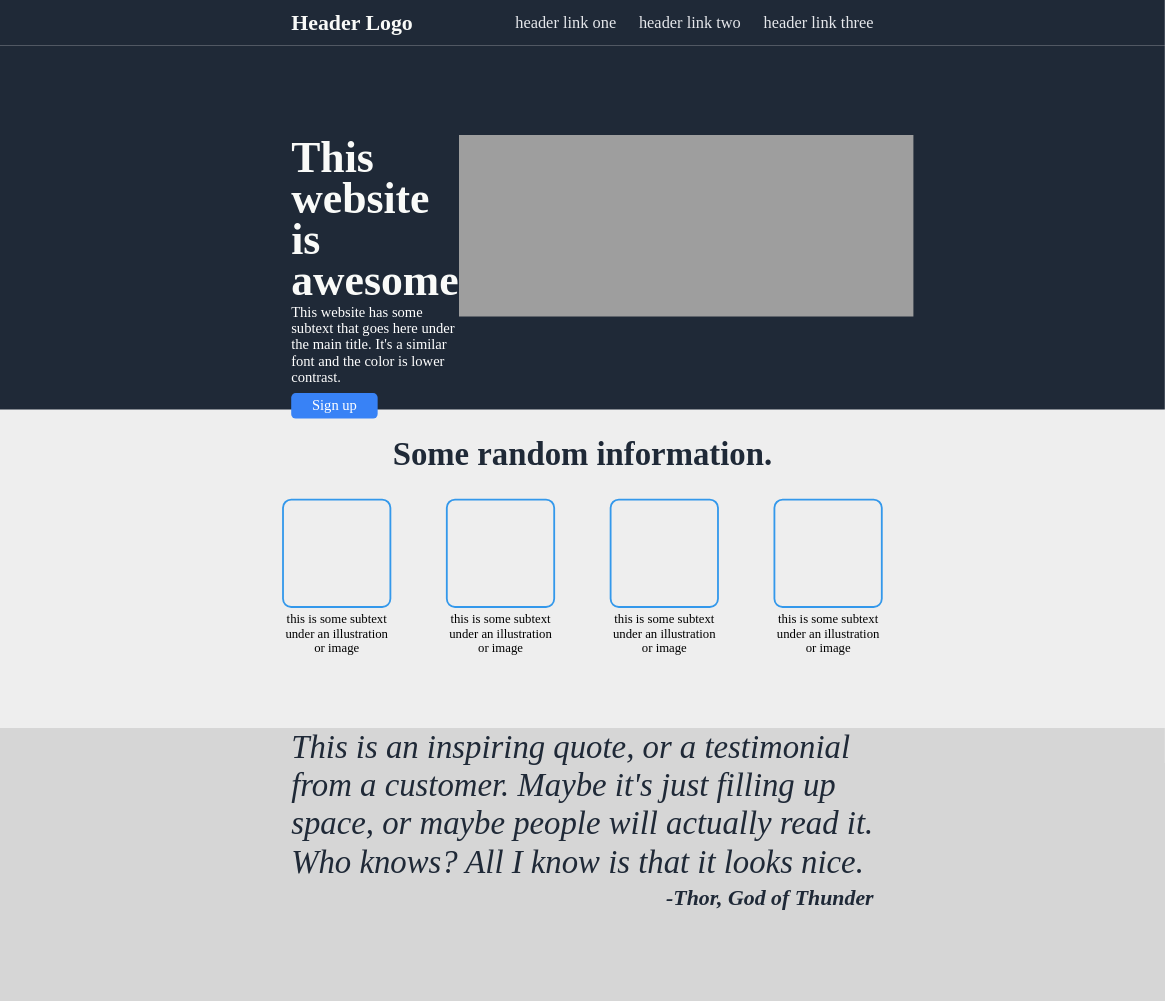
Repository: Pafestivo/Dummy-Landing-Page
Page: index.html
These files come from the project's save history. The page is drawn as it stood at one moment and after the next save; the edit follows.
The browser window is 1280 px wide. The pictures show the whole page, at 91% of full size.
Pictures or frames that could not be fetched are drawn as grey boxes.

Above is the page before, as saved 2022-09-26 19:22:01.

After the next save:
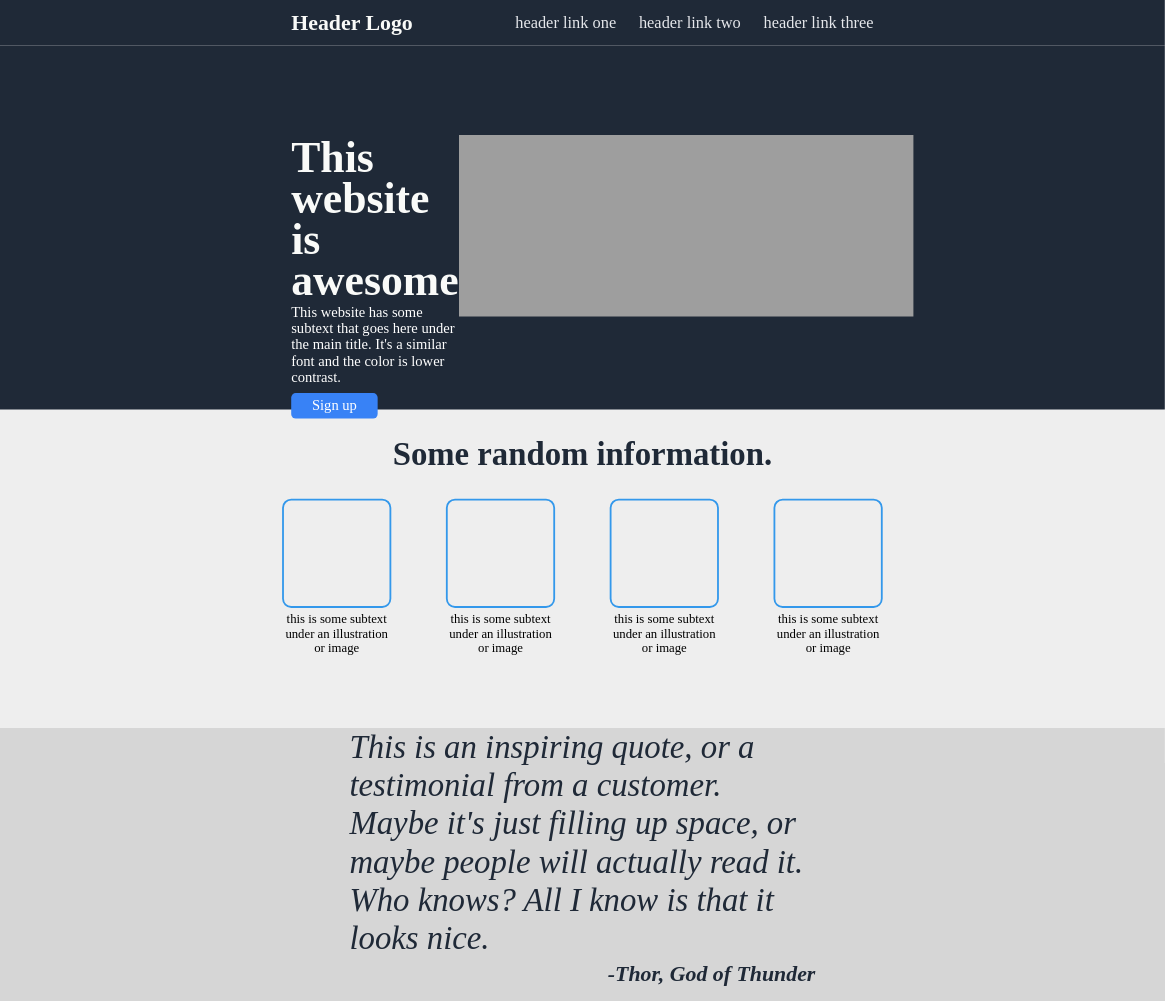
Saved 4 s later.
--- a/styles.css
+++ b/styles.css
@@ -142,7 +142,7 @@ right p {
 
 .third .container {
   display: flex;
-  width: 50%;
+  width: 40%;
   flex-direction: column;
 }
 
